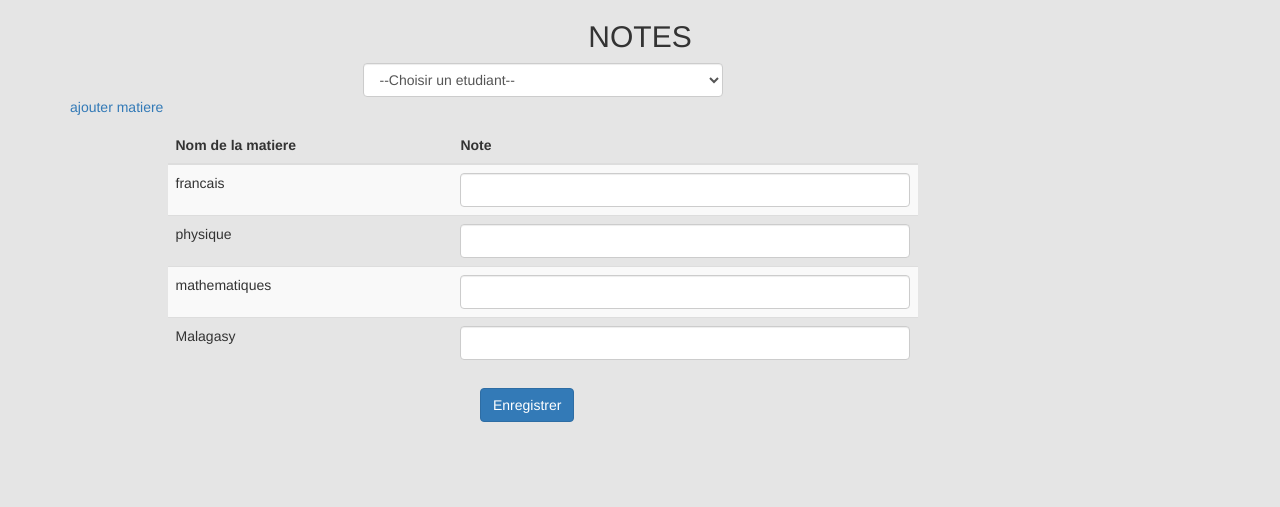
Repository: mitantsoa1/CRUD-note
Page: http://localhost/note
An editor plug-in stored every save of this project. The page is shown before and after the next save, followed by the edit.
The browser window is 1280 px wide. The pictures show the whole page.
The page is run by PHP 8.4 with error messages shown; the project is at /var/www/html/. The database holds what the project's SQL file puts in it.

Above is the page before, as saved 2021-02-12 08:27:48.
Console error: SyntaxError: Unexpected token '<'

After the next save:
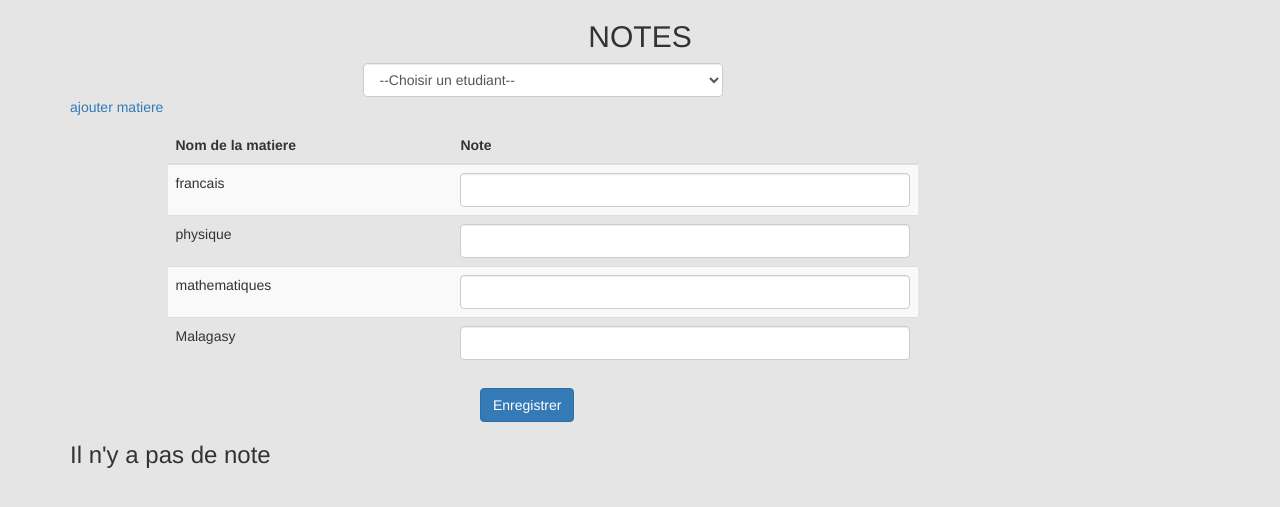
Saved 50 s later.
--- a/Publics/js/note.js
+++ b/Publics/js/note.js
@@ -23,7 +23,29 @@ function affiche_note_matiere() {
 }
 affiche_note_matiere();
 
+var id_etudiant = $('#select_etudiant_note').val();
+var data = "id_etudiant=" + id_etudiant;
+$.ajax({
+    url: "Controls/ajax.php",
+    type: "POST",
+    data: data,
+    datatype: "json",
+    success: function(data) {
+        console.log(data);
+        if (data.length > 0) {
+            var table_affichage = "<div'> <table class='table table-striped  m-t-10' style='position: relative !important;'><thead style='position: sticky !important;z-index: 1000;'><th>Nom et prenom</th><th>Français</th><th>English</th><th>Mathématiques</th></thead><tbody>";
+            for (var i = 0; i < data.length; i++) {
+                table_affichage = table_affichage + "<tr><td>" + data[i].nom + " " + data[i].prenom + "</td><td>" + data[i].francais + "</td><td>" + data[i].english + "</td><td>" + data[i].mathematiques + "</td><td><a href='#' class=' glyph'  data-toggle='tooltip' data-placement='bottom' title='effacer' onclick='supr_mat(" + data[i].id_matiere + ")'> <i class='fa fa-trash'></i></a><a href='#' class='glyph' data-toggle='tooltip'  data-placement='bottom' title='modifier' onclick='modif_mat(" + data[i].id_matiere + ")'> <i class='fa fa-edit'></i></a>";
+            }
+            table_affichage = table_affichage + "</td></tr></tbody></table></div>";
 
+            $('.general').html(table_affichage);
+        } else {
+            $('.general').html("<h3>Il n'y a pas de note</h3>");
+
+        }
+    }
+})
 $('#select_etudiant_note').on('change', function() {
     var id_etudiant = $('#select_etudiant_note').val();
     var data = "id_etudiant=" + id_etudiant;
